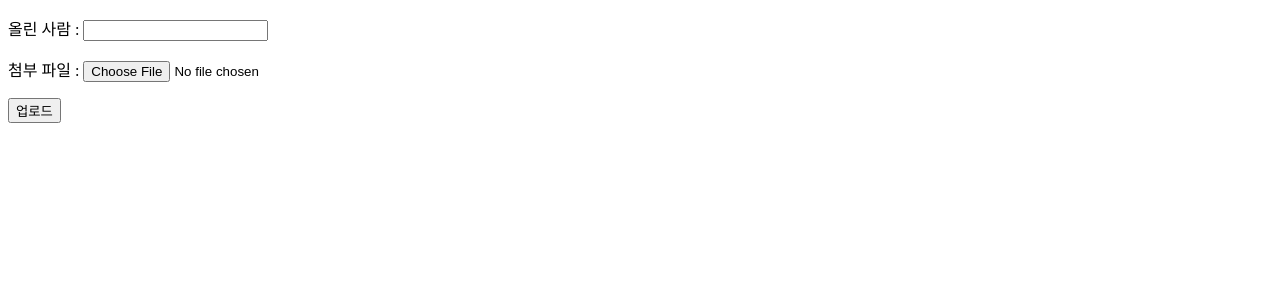
Repository: wjsjsn/23_jspstudy
Page: http://localhost/02_jsp/fileUpDown/ex01.jsp
An editor plug-in stored every save of this project. The page is shown before and after the next save, followed by the edit.
The browser window is 1280 px wide. The pictures show the whole page.
The page is served by Tomcat 9.

Above is the page before, as saved 2023-07-07 03:03:07.

After the next save:
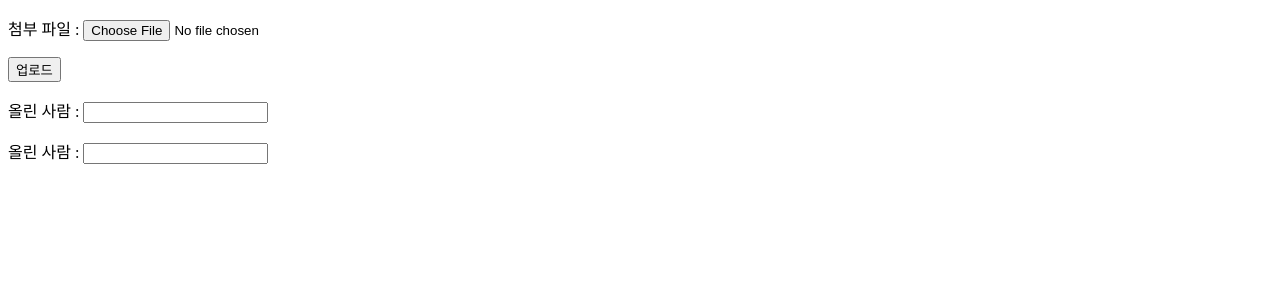
Saved 51 s later.
--- a/02_jsp/src/main/webapp/fileUpDown/ex01.jsp
+++ b/02_jsp/src/main/webapp/fileUpDown/ex01.jsp
@@ -2,7 +2,9 @@
     pageEncoding="UTF-8"%>
 <!DOCTYPE html>
 <html>
-<head>
+<head> 	<p>첨부 파일 : <input type="file" name="f_name"></p>
+	<input type="button" value="업로드" onclick="send_go(this.form)">
+	<p>올린 사람 : <input type="text" name="name"></p>
 <meta charset="UTF-8">
 <title>Insert title here</title>
 <script type="text/javascript">
@@ -22,8 +24,6 @@
 	 --%>
 	 <form method="post" enctype="multypart/form-data">
 	 	<p>올린 사람 : <input type="text" name="name"></p>
-	 	 	<p>첨부 파일 : <input type="file" name="f_name"></p>
-	 	<input type="button" value="업로드" onclick="send_go(this.form)">
 	 </form>
 </body>
 </html>

After the save that followed:
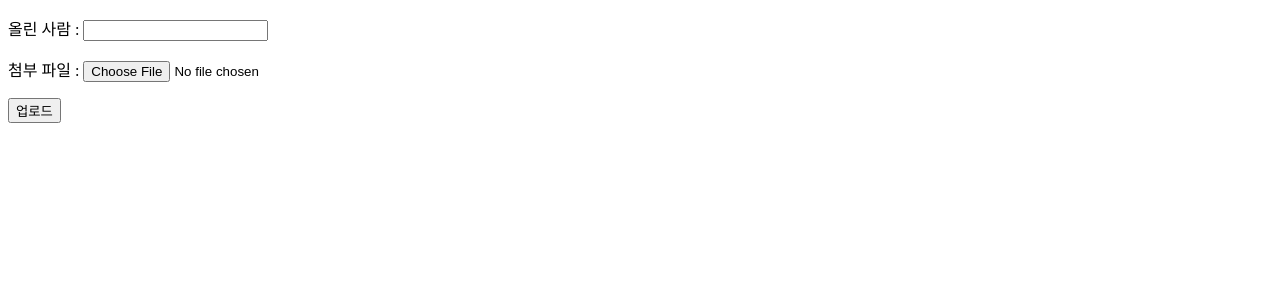
Saved 62 s later.
--- a/02_jsp/src/main/webapp/fileUpDown/ex01.jsp
+++ b/02_jsp/src/main/webapp/fileUpDown/ex01.jsp
@@ -2,9 +2,7 @@
     pageEncoding="UTF-8"%>
 <!DOCTYPE html>
 <html>
-<head> 	<p>첨부 파일 : <input type="file" name="f_name"></p>
-	<input type="button" value="업로드" onclick="send_go(this.form)">
-	<p>올린 사람 : <input type="text" name="name"></p>
+<head>
 <meta charset="UTF-8">
 <title>Insert title here</title>
 <script type="text/javascript">
@@ -22,8 +20,9 @@
 		3. 이클립스로 실행해서 업로드 하면 실제 파일 위치는 가상 톰캣에 저장됨
 		    실제 톰캣에 올리면 원하는 위치에 파일을 저장할 수 있음
 	 --%>
-	 <form method="post" enctype="multypart/form-data">
-	 	<p>올린 사람 : <input type="text" name="name"></p>
-	 </form>
+	 <form method="post" enctype="multypart/form-data"></form>
+	 <p>올린 사람 : <input type="text" name="name"></p>
+	 	<p>첨부 파일 : <input type="file" name="f_name"></p>
+	 	<input type="button" value="업로드" onclick="send_go(this.form)">
 </body>
 </html>
